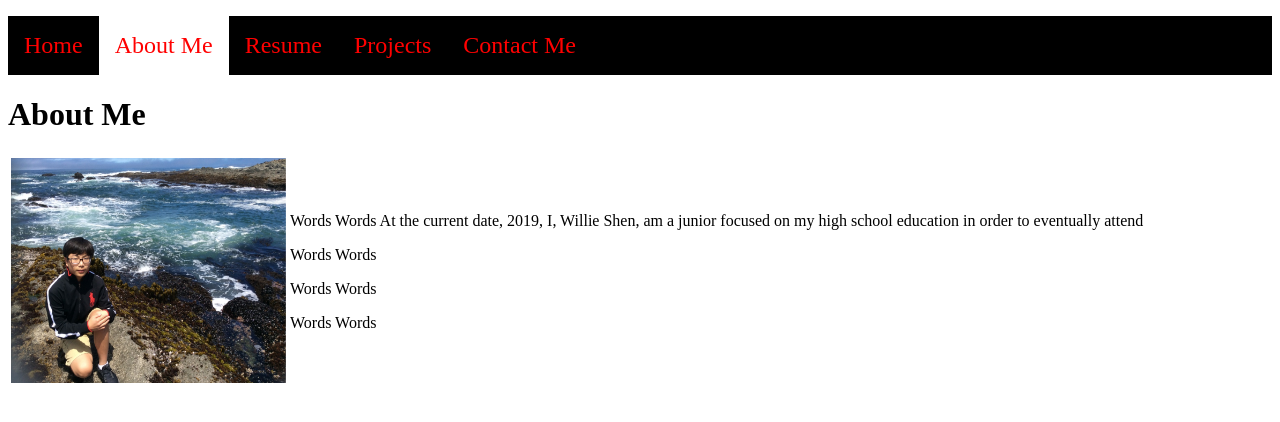
Repository: Kur0bane/Kur0bane.github.io
Page: aboutme.html
The author's editor kept a record of every edit. The page is drawn from the files as they stood at one moment, then again after the next edit.
The browser window is 1280 px wide. The pictures show the whole page.

Above is the page before.

After the next edit:
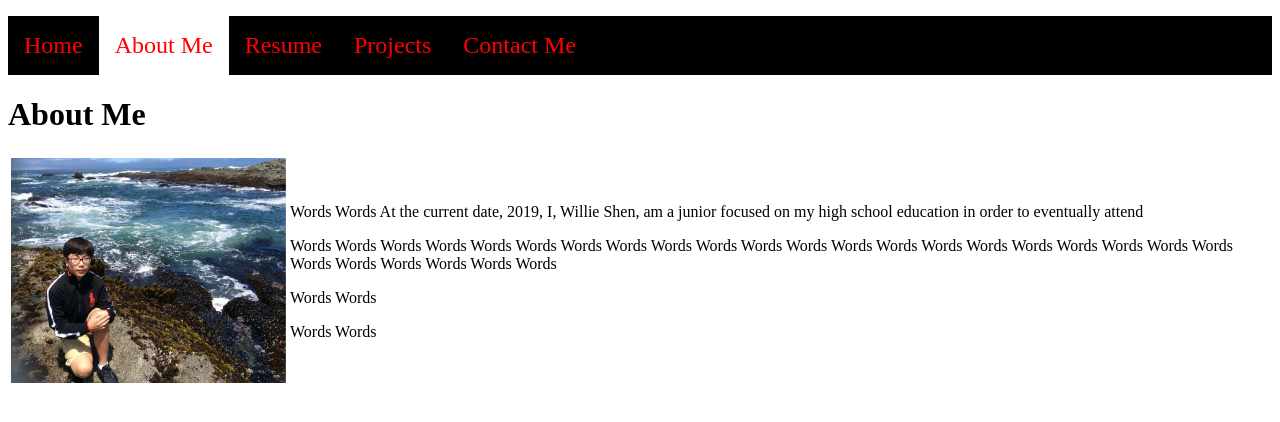
The edit:
--- a/aboutme.html
+++ b/aboutme.html
@@ -32,7 +32,7 @@
                         <p align="left">Words Words At the current date, 2019, I, Willie Shen, am a junior focused on my high school education in order to eventually attend </p>
                     </div>
                     <div>
-                        <p align="left">Words Words</p>
+                        <p align="left">Words Words Words Words Words Words Words Words Words Words Words Words Words Words Words Words Words Words Words Words Words Words Words Words Words Words Words</p>
                     </div>
                     <div>
                         <p align="left">Words Words</p>
